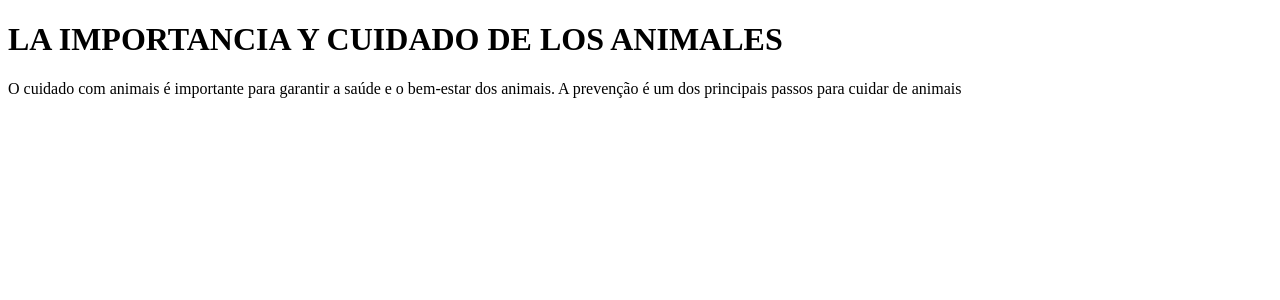
Repository: AnaFzCz/PROYECTOS-HTML---CSS2
Page: Ex_project_1/index.html
An editor plug-in stored every save of this project. The page is shown before and after the next save, followed by the edit.
The browser window is 1280 px wide. The pictures show the whole page.

Above is the page before, as saved 2025-01-20 06:36:57.

### Ex_project_1/index.html
<!DOCTYPE html>
<head>
    <title>Project_One</title>
    <meta charset="UTF-8">
</head>
<body>
    <h1>LA IMPORTANCIA Y CUIDADO DE LOS ANIMALES</h1>
    <p>O cuidado com animais é importante para garantir a saúde e o
         bem-estar dos animais. A prevenção é um dos principais passos
         para cuidar de animais</p>
</body>

After the next save:
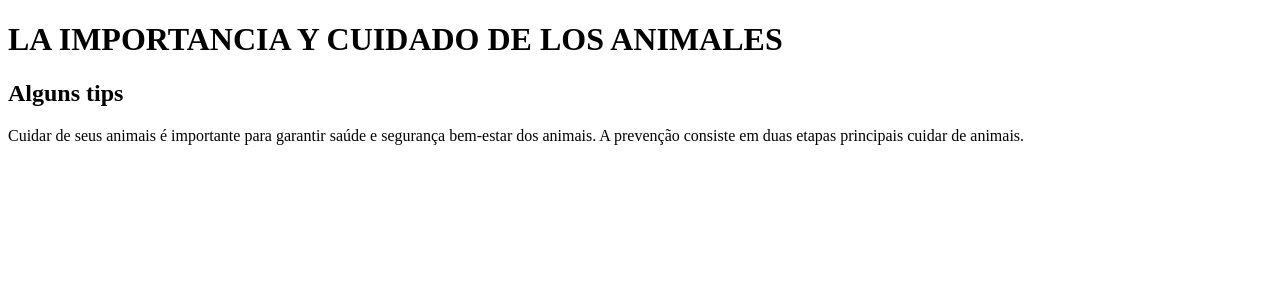
Saved 3 min 20 s later.
--- a/Ex_project_1/index.html
+++ b/Ex_project_1/index.html
@@ -5,7 +5,6 @@
 </head>
 <body>
     <h1>LA IMPORTANCIA Y CUIDADO DE LOS ANIMALES</h1>
-    <p>O cuidado com animais é importante para garantir a saúde e o
-         bem-estar dos animais. A prevenção é um dos principais passos
-         para cuidar de animais</p>
+    <h2>Alguns tips</h2>
+    <p>Cuidar de seus animais é importante para garantir saúde e segurança bem-estar dos animais. A prevenção consiste em duas etapas principais cuidar de animais.</p>
 </body>
